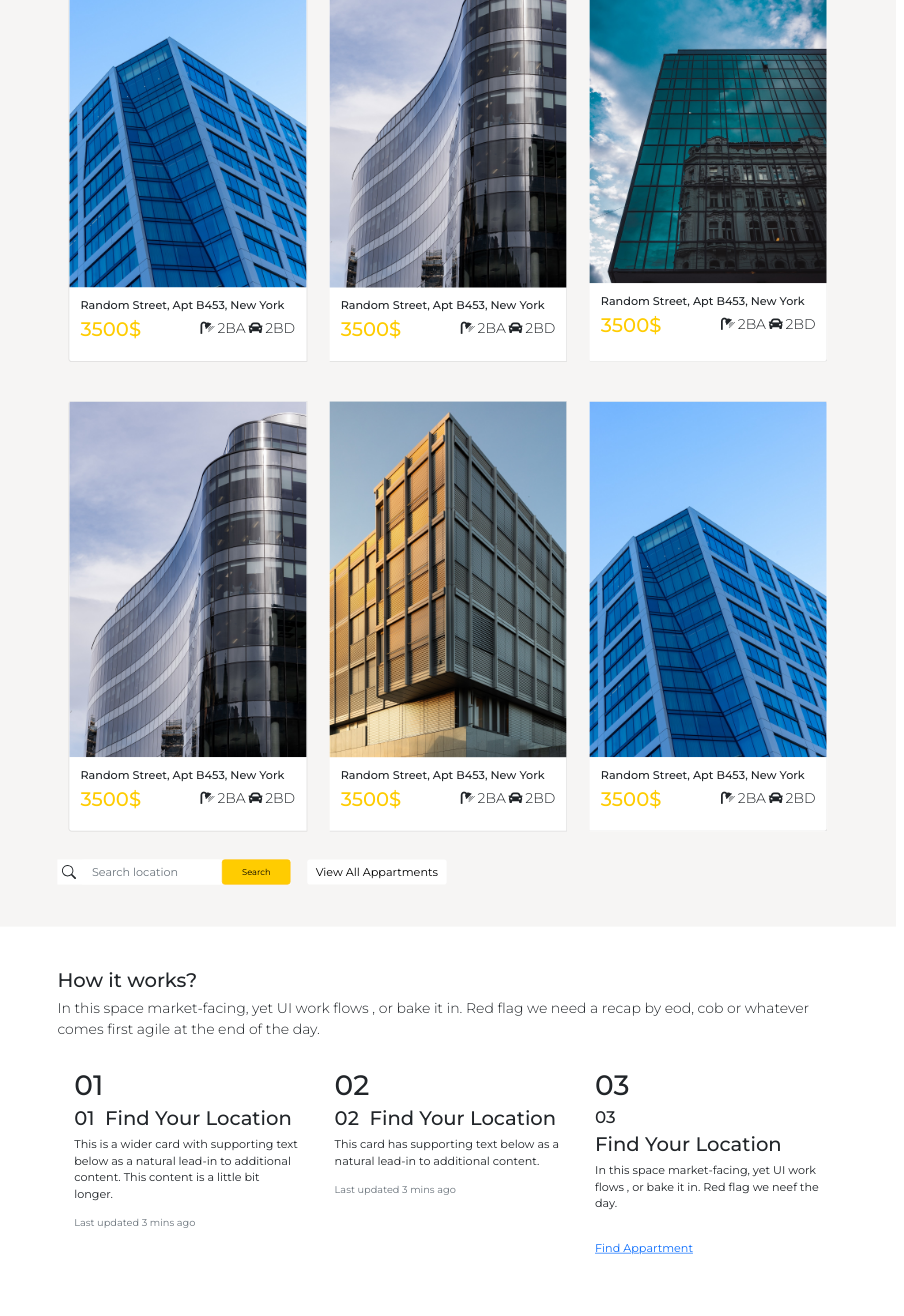
Repository: Toqa-25/luxstate
Page: index.html
An editor plug-in stored every save of this project. The page is shown before and after the next save, followed by the edit.
The browser window is 1280 px wide. The page is 1292 px wide, so the pictures cover 1292 px, including what lies to the right of the window. The pictures show the part of the page from y = 1294 to 3174 px (the page is 3174 px tall), at 70% of full size.

Above is the page before, as saved 2021-06-09 06:34:38.

After the next save:
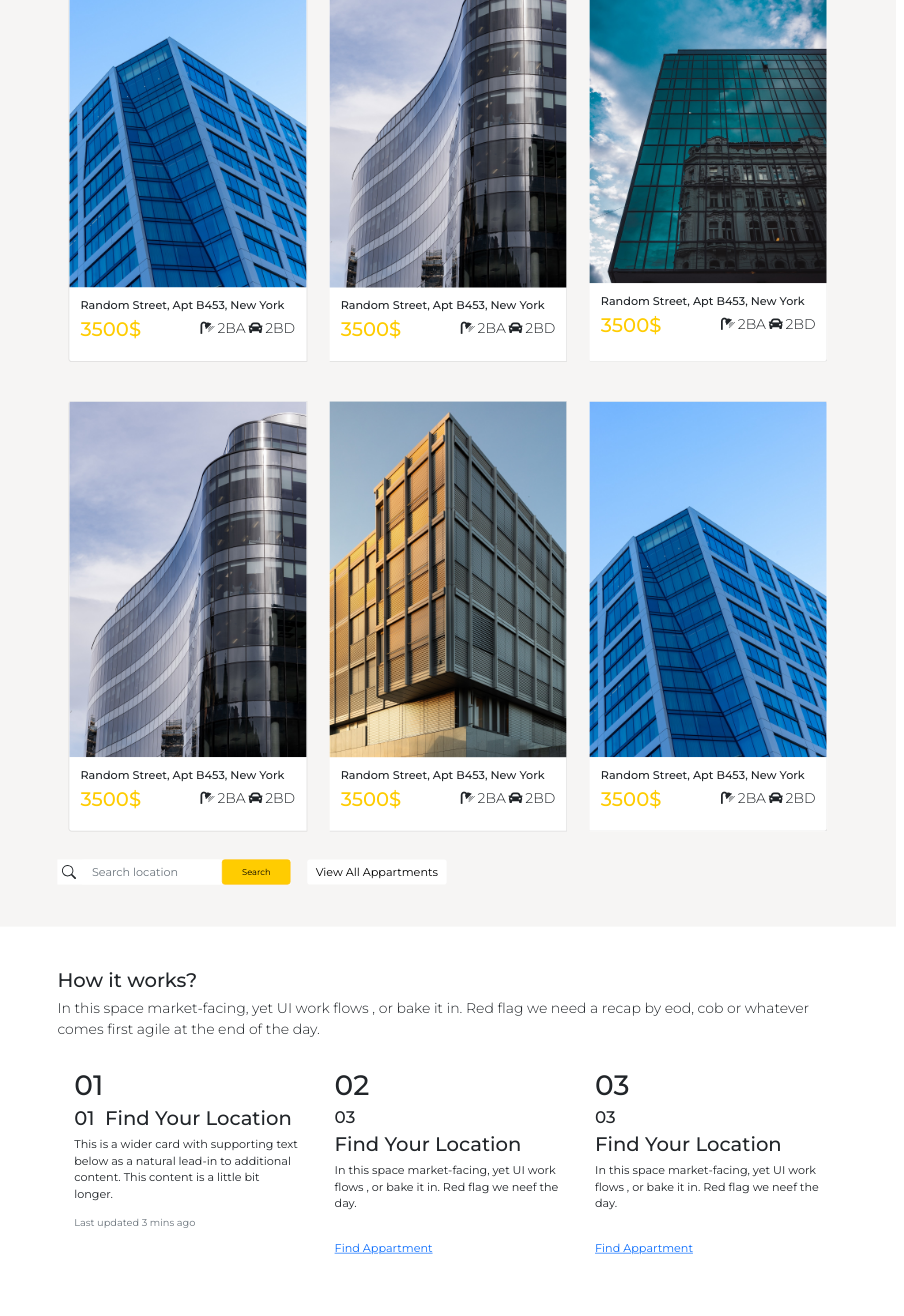
Saved 27 s later.
--- a/index.html
+++ b/index.html
@@ -256,9 +256,14 @@
             <div class="card m-2">
               <div class="card-body">
                 <h1 class="card-title">02</h1>
-                <h3> 02 &nbsp;Find Your Location</h3>
-                <p class="card-text">This card has supporting text below as a natural lead-in to additional content.</p>
-                <p class="card-text"><small class="text-muted">Last updated 3 mins ago</small></p>
+                <div class="card-info">
+                  <h4>03</h4>
+                  <div class="how-card-info">
+                  <h3> Find Your Location</h3>
+                  <p class="card-text">In this space market-facing, yet UI work flows , or bake it in. Red flag we neef the day. </p> <br>
+                  <a href="#"> Find Appartment</a>
+                </div>
+                </div>
               </div>
             </div>
             <div class="card m-2">
